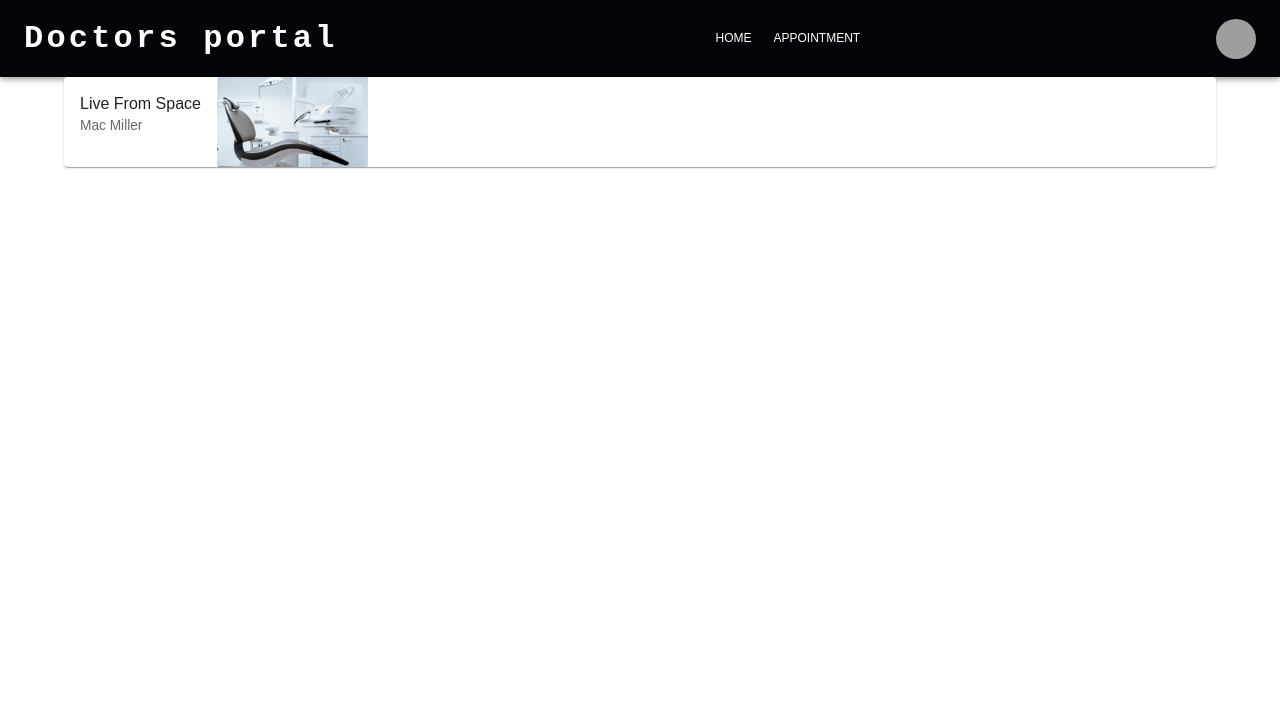
Repository: mdrubel02/health-care
Page: /
An editor plug-in stored every save of this project. The page is shown before and after the next save, followed by the edit.
The browser window is 1280 px wide. The pictures show the whole page.
Pictures or frames that could not be fetched are drawn as grey boxes. The project was rebuilt for these pictures with package versions that can differ from the ones it lists, and the page was loaded fresh each time. Also part of the build but not shown: src/Pages/Appointment/Appointment.js.

Above is the page before, as saved 2022-11-14 15:59:27.

### src/index.js
import React from 'react';
import ReactDOM from 'react-dom';
import './index.css';
import App from './App';
import reportWebVitals from './reportWebVitals';
import { ColorContextProvider } from './Theme/Theme';

ReactDOM.render(
  <React.StrictMode>
    <ColorContextProvider>
      <App />
    </ColorContextProvider>
  </React.StrictMode>,
  document.getElementById('root')
);

// If you want to start measuring performance in your app, pass a function
// to log results (for example: reportWebVitals(console.log))
// or send to an analytics endpoint. Learn more: https://bit.ly/CRA-vitals
reportWebVitals();

### src/App.js
import { RouterProvider } from 'react-router-dom';
import router from './Layout/router';

function App() {
  return (
    <div>
     <RouterProvider router={router}></RouterProvider>
    </div>
  );
}

export default App;

### src/Theme/Theme.js
import { createTheme, ThemeProvider } from "@mui/material";
import { createContext, useMemo, useState } from "react";

// color design tokens export
export const DrawerWidth = 250;
export const tokens = (mode) => ({
    ...(mode === "dark"
        ? {
            grey: {
                100: "#e0e0e0",
                200: "#c2c2c2",
                300: "#a3a3a3",
                400: "#858585",
                500: "#666666",
                600: "#525252",
                700: "#3d3d3d",
                800: "#292929",
                900: "#141414",
            },
            primary: {
                100: "#d0d1d5",
                200: "#a1a4ab",
                300: "#727681",
                400: "#1F2A40",
                500: "#141b2d",
                600: "#101624",
                700: "#0c101b",
                800: "#080b12",
                900: "#040509",
            },
            greenAccent: {
                100: "#dbf5ee",
                200: "#b7ebde",
                300: "#94e2cd",
                400: "#70d8bd",
                500: "#4cceac",
                600: "#3da58a",
                700: "#2e7c67",
                800: "#1e5245",
                900: "#0f2922",
            },
            redAccent: {
                100: "#f8dcdb",
                200: "#f1b9b7",
                300: "#e99592",
                400: "#e2726e",
                500: "#db4f4a",
                600: "#af3f3b",
                700: "#832f2c",
                800: "#58201e",
                900: "#2c100f",
            },
            blueAccent: {
                100: "#e1e2fe",
                200: "#c3c6fd",
                300: "#a4a9fc",
                400: "#868dfb",
                500: "#6870fa",
                600: "#535ac8",
                700: "#3e4396",
                800: "#2a2d64",
                900: "#151632",
            },
        }
        : {
            grey: {
                100: "#141414",
                200: "#292929",
                300: "#3d3d3d",
                400: "#525252",
                500: "#666666",
                600: "#858585",
                700: "#a3a3a3",
                800: "#c2c2c2",
                900: "#e0e0e0",
            },
            primary: {
                100: "#040509",
                200: "#080b12",
                300: "#0c101b",
                400: "#f2f0f0", // manually changed
                500: "#141b2d",
                600: "#1F2A40",
                700: "#727681",
                800: "#a1a4ab",
                900: "#d0d1d5",
            },
            greenAccent: {
                100: "#0f2922",
                200: "#1e5245",
                300: "#2e7c67",
                400: "#3da58a",
                500: "#4cceac",
                600: "#70d8bd",
                700: "#94e2cd",
                800: "#b7ebde",
                900: "#dbf5ee",
            },
            redAccent: {
                100: "#2c100f",
                200: "#58201e",
                300: "#832f2c",
                400: "#af3f3b",
                500: "#db4f4a",
                600: "#e2726e",
                700: "#e99592",
                800: "#f1b9b7",
                900: "#f8dcdb",
            },
            blueAccent: {
                100: "#151632",
                200: "#2a2d64",
                300: "#3e4396",
                400: "#535ac8",
                500: "#6870fa",
                600: "#868dfb",
                700: "#a4a9fc",
                800: "#c3c6fd",
                900: "#e1e2fe",
            },
        }),
});

// mui theme settings
export const themeSettings = (mode) => {
    const colors = tokens(mode);
    return {
        palette: {
            mode: mode,
            ...(mode === "dark"
                ? {
                    // palette values for dark mode
                    primary: {
                        main: colors.primary[500],
                    },
                    secondary: {
                        main: colors.greenAccent[500],
                    },
                    neutral: {
                        dark: colors.grey[700],
                        main: colors.grey[500],
                        light: colors.grey[100],
                    },
                    background: {
                        default: colors.primary[500],
                    },
                }
                : {
                    // palette values for light mode
                    primary: {
                        main: colors.primary[100],
                    },
                    secondary: {
                        main: colors.greenAccent[500],
                    },
                    neutral: {
                        dark: colors.grey[700],
                        main: colors.grey[500],
                        light: colors.grey[100],
                    },
                    background: {
                        default: "#fcfcfc",
                    },
                }),
        },
        components: {

            MuiButton: {
                defaultProps: {
                    disableRipple: true,
                    disableElevation: true,
                    styleOverrides: {
                        textDecoration: 'none',
                        "&:hover": {
                            color: "#fff"
                        }
                    },
                },
                MuiTooltip: {
                    defaultProps: {
                      arrow: true,
                    },
                    styleOverrides: {
                      tooltip: {
                        background: '',
                      },
                      arrow: {
                        color: '',
                      },
                    },
                  },
            },
            MuiDrawer: {
                styleOverrides: {
                  paper: {
                    width: DrawerWidth,
                    background: '',
                    color: '',
                    borderRadius: '0px 100px 0px 0px',
                    borderRight: `1px solid `
                  }
                }
              },
              MuiDivider: {
                styleOverrides: {
                  root: {
                    borderColor: 'gray'
                  }
                }
              },
        },
        typography: {
            fontFamily: ["Source Sans Pro", "sans-serif"].join(","),
            fontSize: 12,
            h1: {
                fontFamily: ["Source Sans Pro", "sans-serif"].join(","),
                fontSize: 40,
            },
            h2: {
                fontFamily: ["Source Sans Pro", "sans-serif"].join(","),
                fontSize: 32,
            },
            h3: {
                fontSize: '1.3rem',
                letterSpacing: '0rem',
                '@media (min-width:600px)': {
                  fontSize: '2rem',
                },
            },
            h4: {
                fontFamily: ["Source Sans Pro", "sans-serif"].join(","),
                fontSize: 20,
            },
            h5: {
                fontFamily: ["Source Sans Pro", "sans-serif"].join(","),
                fontSize: 16,
            },
            h6: {
                fontFamily: ["Source Sans Pro", "sans-serif"].join(","),
                fontSize: 14,
            },
        },
    };
};

export const ColorModeContext = createContext({
    toggleMode: () => { },
    mode: "light"
})


export const ColorContextProvider = ({ children }) => {
    const [mode, setMode] = useState("light")

    const colorMode = useMemo(() => ({
        toggleMode: () => setMode(prevMode => prevMode === "light" ? "dark" : "light"),
        mode
    }), [mode])
    const theme = useMemo(() => createTheme(themeSettings(mode)), [mode]);

    return (
        <ColorModeContext.Provider value={colorMode}>
            <ThemeProvider theme={theme}>
                {children}
            </ThemeProvider>
        </ColorModeContext.Provider>
    )
}

### src/Layout/router.js
import { createBrowserRouter } from "react-router-dom";
import Appointment from "../Pages/Appointment/Appointment";
import Home from "../Pages/Home/Home";
import Main from "./Main";


const router = createBrowserRouter([{
    path: '/',
    element: <Main/>,
    children: [
        {path: '/',element: <Home/>},
        {path: '/home',element: <Home/>},
        {path: '/appointment',element: <Appointment/>},
    ]
}])
export default router;

### src/Pages/Home/Home.js
import { Container } from '@mui/material';
import React from 'react';
import Banner from './Banner/Banner';

const Home = () => {
    return (
        <Container>
           <Banner />
        </Container>
    );
};

export default Home;

### src/Layout/Main.js
import React from 'react';
import { Outlet } from 'react-router-dom';
import Header from '../Pages/Header/Header';

const Main = () => {
    return (
        <div>
           <Header/>
           <Outlet/>

        </div>
    );
};

export default Main;

### src/Pages/Home/Banner/Banner.js
import React from 'react';
import { Box, Card, CardContent, CardMedia, Typography } from '@mui/material';
import chair from '../../../assets/images/chair.png'

const Banner = () => {
    return (
        <section sx={{height: '840px' , backgroundColor: 'red'}}>
            <Card sx={{ display: 'flex' }}>
                <Box sx={{ display: 'flex', flexDirection: 'column' }}>
                    <CardContent sx={{ flex: '1 0 auto' }}>
                        <Typography component="div" variant="h5">
                            Live From Space
                        </Typography>
                        <Typography variant="subtitle1" color="text.secondary" component="div">
                            Mac Miller
                        </Typography>
                    </CardContent>

                </Box>
                <CardMedia
                    component="img"
                    sx={{ width: 151 }}
                    image={chair}
                    alt="Live from space album cover"
                />
            </Card>
        </section>
    );
};

export default Banner;

### src/Pages/Header/Header.js
import { AppBar, Avatar, Box, Button, Container, IconButton, Menu, MenuItem, Toolbar, Tooltip, Typography, useTheme } from '@mui/material';
import AdbIcon from '@mui/icons-material/Adb';
import MenuIcon from '@mui/icons-material/Menu';
import { Link as RouterLink } from 'react-router-dom';
import React, { useState } from 'react';
import { tokens } from '../../Theme/Theme';
// import { Link } from 'react-router-dom';
import './Header.css'


const settings = ['Profile', 'Account', 'Dashboard', 'Logout'];

const Header = () => {
    const theme = useTheme();
    const colors = tokens(theme.palette.mode);
    const [anchorElNav, setAnchorElNav] = useState(null);
    const [anchorElUser, setAnchorElUser] = useState(null);

    const items = <React.Fragment>
        <Button sx={{ color: 'white' }} component={RouterLink} to="/home">Home</Button>
        <Button sx={{ color: 'white' }} component={RouterLink} to="/appointment">Appointment</Button>
    </React.Fragment>

    const handleOpenNavMenu = (event) => {
        setAnchorElNav(event.currentTarget);
    };
    const handleOpenUserMenu = (event) => {
        setAnchorElUser(event.currentTarget);
    };

    const handleCloseNavMenu = () => {
        setAnchorElNav(null);
    };

    const handleCloseUserMenu = () => {
        setAnchorElUser(null);
    };
    return (
        <AppBar position="static">
            <Container maxWidth="xl">
                <Toolbar disableGutters>

                    <Typography
                        variant="h3"
                        noWrap
                        component="a"
                        href="/"
                        sx={{
                            mr: 2,
                            display: { xs: 'none', md: 'flex' },
                            fontFamily: 'monospace',
                            fontWeight: 700,
                            letterSpacing: '.2rem',
                            color: 'inherit',
                            textDecoration: 'none',
                        }}
                    >
                        Doctors portal
                    </Typography>

                    <Box className='middle' sx={{ flexGrow: 1, display: { xs: 'flex' ,  md: 'none' },justifyContent: 'center' }}>
                        <IconButton
                            size="large"
                            aria-label="account of current user"
                            aria-controls="menu-appbar"
                            aria-haspopup="true"
                            onClick={handleOpenNavMenu}
                            color="inherit"
                        >
                            <MenuIcon />
                        </IconButton>
                        <Menu
                            id="menu-appbar"
                            anchorEl={anchorElNav}
                            anchorOrigin={{
                                vertical: 'bottom',
                                horizontal: 'left',
                            }}
                            keepMounted
                            transformOrigin={{
                                vertical: 'top',
                                horizontal: 'left',
                            }}
                            open={Boolean(anchorElNav)}
                            onClose={handleCloseNavMenu}
                            sx={{
                                display: { xs: 'block', md: 'none' },
                            }}
                        >

                            <MenuItem onClick={handleCloseNavMenu}>
                                <Typography variant="h5" sx={{ color: 'withe' }} textAlign="center">{items}</Typography>
                            </MenuItem>

                        </Menu>
                    </Box>

                    <Typography
                        variant="h3"
                        noWrap
                        component="a"
                        href=""
                        sx={{
                            mr: 2,
                            display: { xs: 'flex', md: 'none' },
                            flexGrow: 1,
                            fontFamily: 'monospace',
                            fontWeight: 700,
                            letterSpacing: '.3rem',
                            color: 'inherit',
                            textDecoration: 'none',
                        }}
                    >
                        Doctors portal
                    </Typography>
                    <Box sx={{ flexGrow: 1, display: { xs: 'none', md: 'flex' } }}>

                        <Button

                            onClick={handleCloseNavMenu}
                            sx={{ color: `${colors.grey[400]} !important`, my: 2, display: 'block' }}
                        >
                            {items}
                        </Button>

                    </Box>

                    <Box sx={{ flexGrow: 0 }}>
                        <Tooltip title="Open settings">
                            <IconButton onClick={handleOpenUserMenu} sx={{ p: 0 }}>
                                <Avatar alt="Remy Sharp" src="/static/images/avatar/2.jpg" />
                            </IconButton>
                        </Tooltip>
                        <Menu
                            sx={{ mt: '45px' }}
                            id="menu-appbar"
                            anchorEl={anchorElUser}
                            anchorOrigin={{
                                vertical: 'top',
                                horizontal: 'right',
                            }}
                            keepMounted
                            transformOrigin={{
                                vertical: 'top',
                                horizontal: 'right',
                            }}
                            open={Boolean(anchorElUser)}
                            onClose={handleCloseUserMenu}
                        >
                            {settings.map((setting) => (
                                <MenuItem key={setting} onClick={handleCloseUserMenu}>
                                    <Typography textAlign="center">{setting}</Typography>
                                </MenuItem>
                            ))}
                        </Menu>
                    </Box>
                </Toolbar>
            </Container>
        </AppBar>
    );
};

export default Header;

### src/Pages/Header/Header.css
.lip{
    color: white;
}
.css-1t6c9ts{
    justify-content: center;
}

Loaded but not shown: public/index.html (common file); src/index.css (common file); src/reportWebVitals.js (common file)

After the next save:
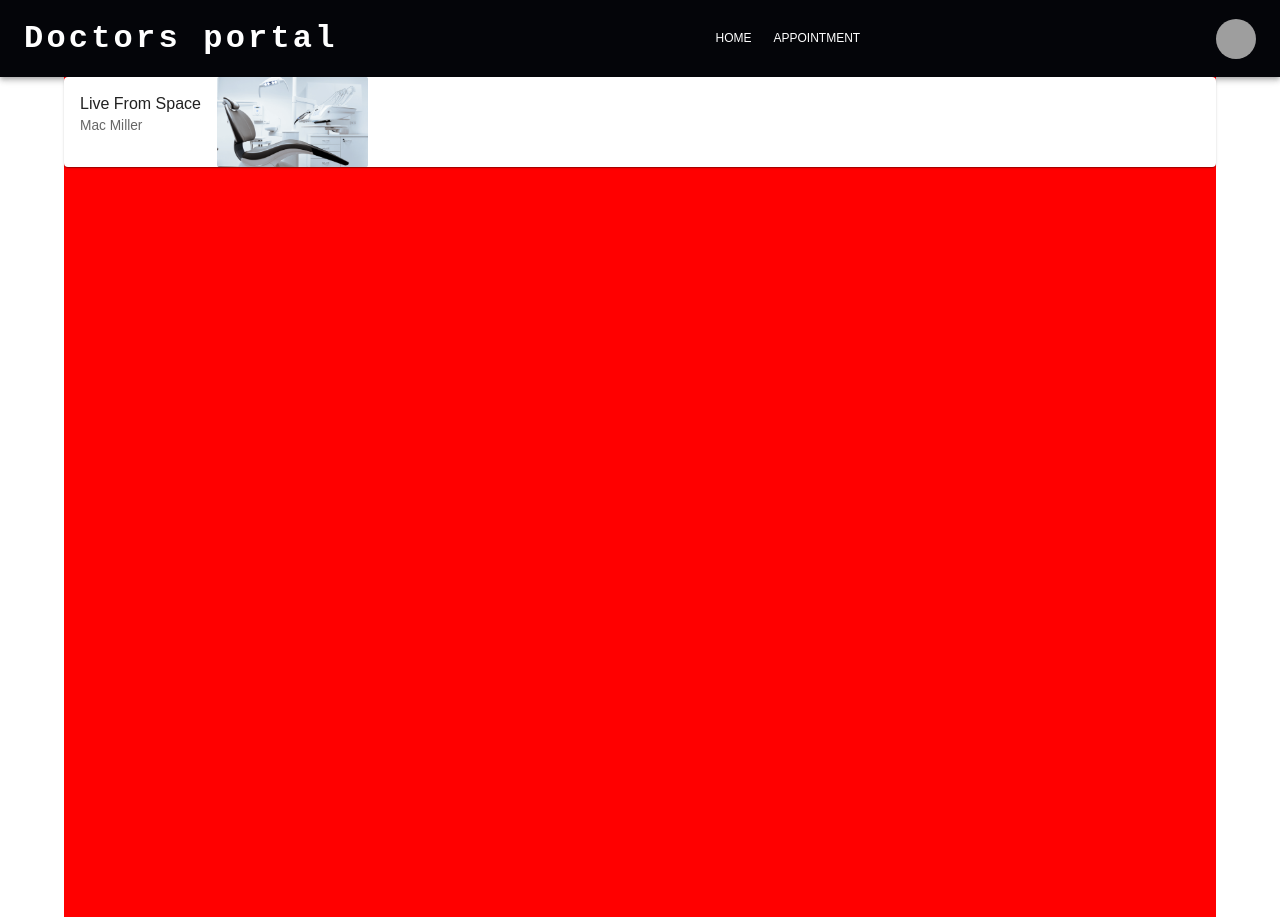
Saved 29 s later.
--- a/src/Pages/Home/Banner/Banner.js
+++ b/src/Pages/Home/Banner/Banner.js
@@ -4,7 +4,7 @@ import chair from '../../../assets/images/chair.png'
 
 const Banner = () => {
     return (
-        <section sx={{height: '840px' , backgroundColor: 'red'}}>
+        <Box sx={{height: '840px' , backgroundColor: 'red'}}>
             <Card sx={{ display: 'flex' }}>
                 <Box sx={{ display: 'flex', flexDirection: 'column' }}>
                     <CardContent sx={{ flex: '1 0 auto' }}>
@@ -24,7 +24,7 @@ const Banner = () => {
                     alt="Live from space album cover"
                 />
             </Card>
-        </section>
+        </Box>
     );
 };
 
